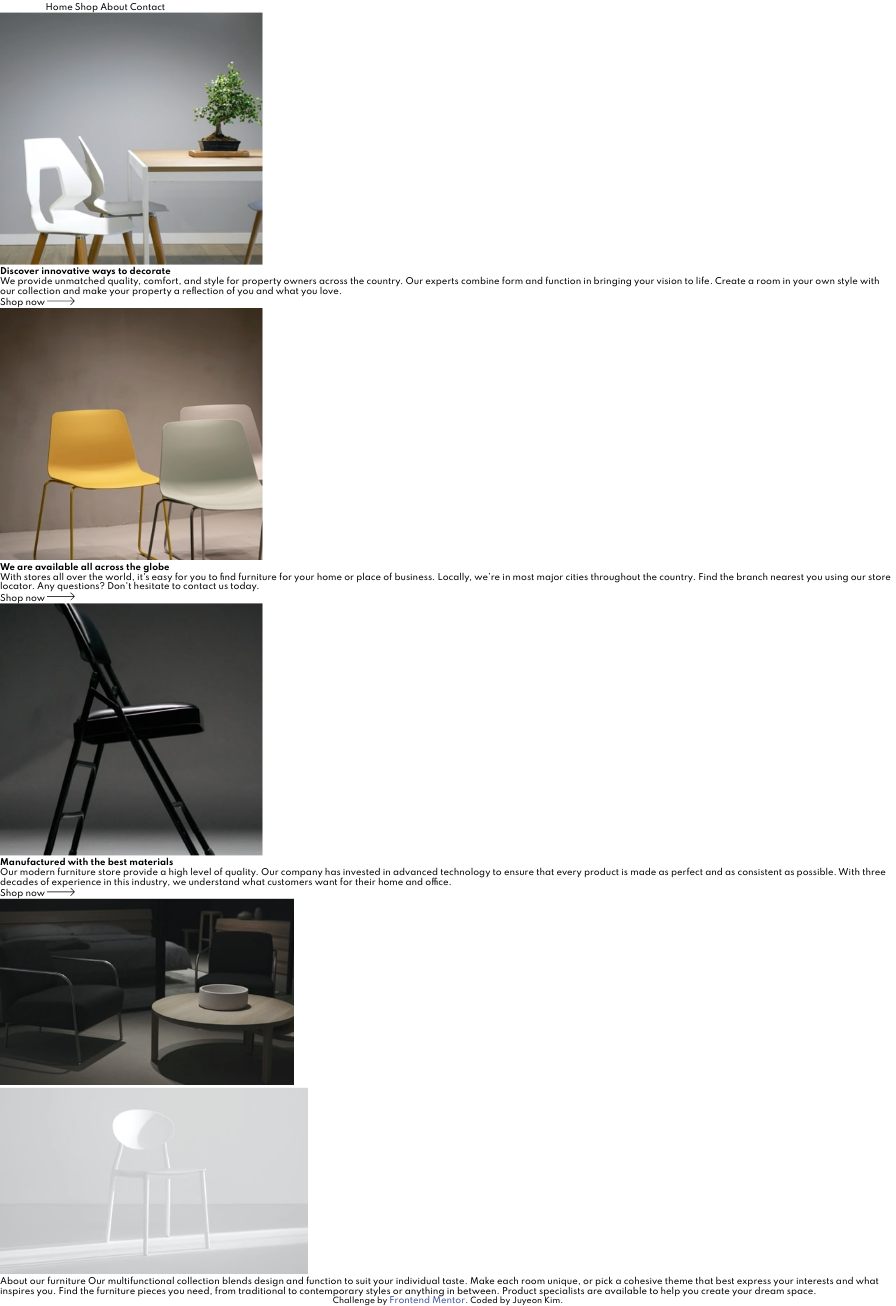
Repository: Jay-JYKim91/room-homepage-master
Page: index.html
These files come from the project's save history. The page is drawn as it stood at one moment and after the next save; the edit follows.
The browser window is 1280 px wide. The pictures show the whole page, at 70% of full size.

Above is the page before, as saved 2021-07-11 21:50:21.

### index.html
<!DOCTYPE html>
<html lang="en">
<head>
  <meta charset="UTF-8">
  <meta name="viewport" content="width=device-width, initial-scale=1.0"> <!-- displays site properly based on user's device -->
  <link rel="preconnect" href="https://fonts.googleapis.com">
  <link rel="preconnect" href="https://fonts.gstatic.com" crossorigin>
  <link href="https://fonts.googleapis.com/css2?family=Spartan:wght@500;600;700&display=swap" rel="stylesheet">
  <link rel="icon" type="image/png" sizes="32x32" href="./images/favicon-32x32.png">
  <link rel="stylesheet" href="style.css">
  <title>Room homepage</title>

</head>
<body>
  <header>
    <img src="./images/logo.svg" alt="logo">
    Home
    Shop
    About
    Contact
  </header>
  <body>
    <div class="slide">
      <div class="slide-img">
        <img src="./images/mobile-image-hero-1.jpg" alt="hero-1">
      </div>
      <div class="slide-text">
        <h1>Discover innovative ways to decorate</h1>
        <p>
          We provide unmatched quality, comfort, and style for property owners across the country.
          Our experts combine form and function in bringing your vision to life. Create a room in your
          own style with our collection and make your property a reflection of you and what you love.
        </p>
        <a href="#">
          Shop now
          <img src="./images/icon-arrow.svg" alt="arrow">
        </a>
      </div>
    </div>
    <div class="slide">
      <div class="slide-img">
        <img src="./images/mobile-image-hero-2.jpg" alt="hero-2">
      </div>
      <div class="slide-text">
        <h1>We are available all across the globe</h1>
        <p>
          With stores all over the world, it's easy for you to find furniture for your home or place of business.
          Locally, we’re in most major cities throughout the country. Find the branch nearest you using our
          store locator. Any questions? Don't hesitate to contact us today.
        </p>
        <a href="#">
          Shop now
          <img src="./images/icon-arrow.svg" alt="arrow">
        </a>
      </div>
    </div>
    <div class="slide">
      <div class="slide-img">
        <img src="./images/mobile-image-hero-3.jpg" alt="hero-3">
      </div>
      <div class="slide-text">
        <h1>Manufactured with the best materials</h1>
        <p>
          Our modern furniture store provide a high level of quality. Our company has invested in advanced technology
          to ensure that every product is made as perfect and as consistent as possible. With three decades of
          experience in this industry, we understand what customers want for their home and office.
        </p>
        <a href="#">
          Shop now
          <img src="./images/icon-arrow.svg" alt="arrow">
        </a>
      </div>
    </div>
    <div class="bottom">
      <div class="box-sm">
        <img src="./images/image-about-dark.jpg" alt="dark-image">
      </div>
      <div class="box-sm">
        <img src="./images/image-about-light.jpg" alt="light-image">
      </div>
    </div>


  </body>



  About our furniture

  Our multifunctional collection blends design and function to suit your individual taste.
  Make each room unique, or pick a cohesive theme that best express your interests and what
  inspires you. Find the furniture pieces you need, from traditional to contemporary styles
  or anything in between. Product specialists are available to help you create your dream space.

  <div class="attribution">
    Challenge by <a href="https://www.frontendmentor.io?ref=challenge" target="_blank">Frontend Mentor</a>.
    Coded by Juyeon Kim.
  </div>
</body>
</html>

### style.css
:root {
  --body-font: "Spartan", sans-serif;

  --dark-gray: hsl(0, 0%, 63%);
  --black: hsl(0, 0%, 0%);
  --white: hsl(0, 0%, 100%);
  --very-dark-gray: hsl(0, 0%, 27%);
}

* {
  margin: 0;
  padding: 0;
  font-family: var(--body-font);
  font-size: 12px;
}

a {
  text-decoration: none;
  color: black;
}
.attribution {
  font-size: 11px;
  text-align: center;
}
.attribution a {
  color: hsl(228, 45%, 44%);
}

@media screen and (max-width: 800px) {
}

After the next save:
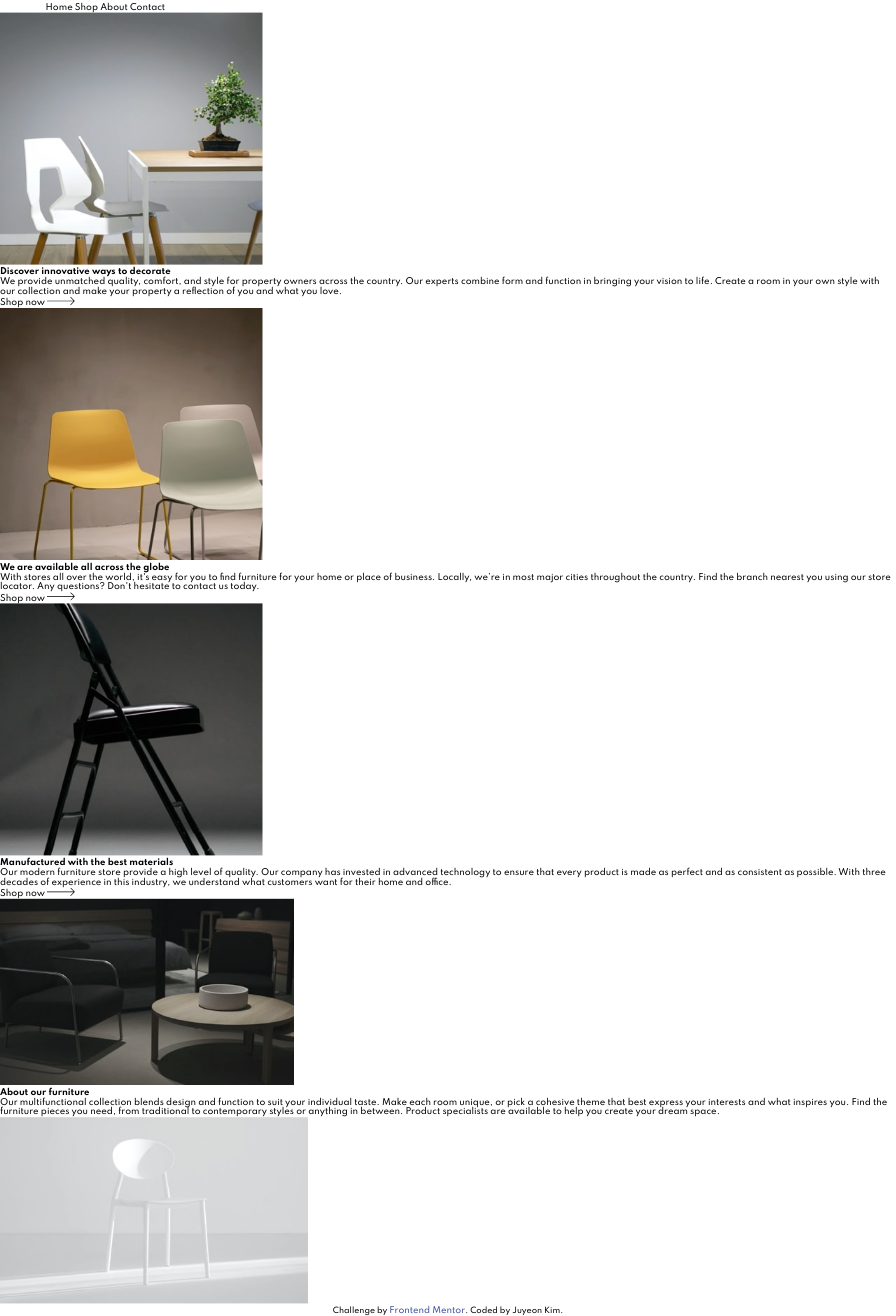
Saved 30 s later.
--- a/index.html
+++ b/index.html
@@ -75,6 +75,15 @@
       <div class="box-sm">
         <img src="./images/image-about-dark.jpg" alt="dark-image">
       </div>
+      <div class="box-bg">
+        <h1>About our furniture</h1>
+        <p>
+          Our multifunctional collection blends design and function to suit your individual taste.
+  Make each room unique, or pick a cohesive theme that best express your interests and what
+  inspires you. Find the furniture pieces you need, from traditional to contemporary styles
+  or anything in between. Product specialists are available to help you create your dream space.
+        </p>
+      </div>
       <div class="box-sm">
         <img src="./images/image-about-light.jpg" alt="light-image">
       </div>
@@ -85,12 +94,9 @@
 
 
 
-  About our furniture
 
-  Our multifunctional collection blends design and function to suit your individual taste.
-  Make each room unique, or pick a cohesive theme that best express your interests and what
-  inspires you. Find the furniture pieces you need, from traditional to contemporary styles
-  or anything in between. Product specialists are available to help you create your dream space.
+
+
 
   <div class="attribution">
     Challenge by <a href="https://www.frontendmentor.io?ref=challenge" target="_blank">Frontend Mentor</a>.
